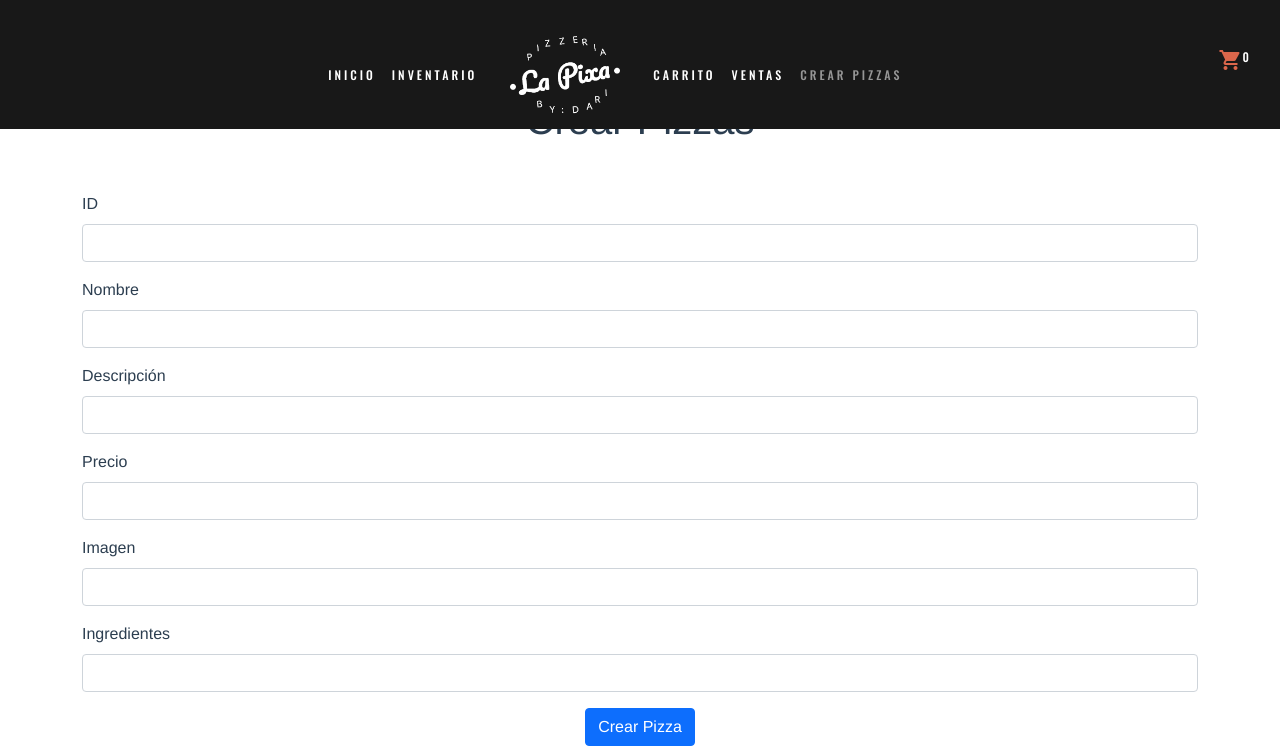
Repository: Darigo30/prueba-vue-dari-pizza
Page: /crearPizzas
These files come from the project's save history. The page is drawn as it stood at one moment and after the next save; the edit follows.
The browser window is 1280 px wide. The pictures show the whole page.
The project was rebuilt for these pictures with package versions that can differ from the ones it lists, and the page was loaded fresh each time. Also part of the build but not shown: src/views/Home.vue.

Above is the page before, as saved 2021-05-23 19:12:10.

### public/index.html
<!DOCTYPE html>
<html lang="">
  <head>
    <meta charset="utf-8">
    <meta http-equiv="X-UA-Compatible" content="IE=edge">
    <meta name="viewport" content="width=device-width,initial-scale=1.0">
    <link rel="icon" href="<%= BASE_URL %>favicon.ico">
    <link href="https://cdn.jsdelivr.net/npm/bootstrap@5.0.0/dist/css/bootstrap.min.css" rel="stylesheet" integrity="sha384-wEmeIV1mKuiNpC+IOBjI7aAzPcEZeedi5yW5f2yOq55WWLwNGmvvx4Um1vskeMj0" crossorigin="anonymous">
    <link href="https://fonts.googleapis.com/icon?family=Material+Icons"
      rel="stylesheet">
      <link rel="preconnect" href="https://fonts.gstatic.com">
      <link href="https://fonts.googleapis.com/css2?family=Oswald:wght@300;500&display=swap" rel="stylesheet">
    <title>Pizzeria La Pixa</title>
  </head>
  <body>
    <noscript>
      <strong>We're sorry but doesn't work properly without JavaScript enabled. Please enable it to continue.</strong>
    </noscript>
    <div id="app"></div>
    <script src="https://cdn.jsdelivr.net/npm/bootstrap@5.0.0/dist/js/bootstrap.bundle.min.js" integrity="sha384-p34f1UUtsS3wqzfto5wAAmdvj+osOnFyQFpp4Ua3gs/ZVWx6oOypYoCJhGGScy+8" crossorigin="anonymous"></script>
    <!-- built files will be auto injected -->
  </body>
</html>

### src/main.js
import Vue from "vue";
import App from "./App.vue";
import router from "./router";
import store from "./store";
import firebase from "firebase";



Vue.config.productionTip = false;


new Vue({
  router,
  store,
  firebase,
  render: (h) => h(App),
}).$mount("#app");

### src/App.vue
<template>
  <div id="app">
    <Nav />
    <router-view />
  </div>
</template>

<script>
import Nav from "@/components/Nav.vue";
import { mapActions } from "vuex";

export default {
  name: "App",
  components: {
    Nav,
  },
  methods: {
    ...mapActions(["getData", "setDataPizzasDb"]),
  },
  created() {
    this.getData();
    this.setDataPizzasDb();
  },
};
</script>

<style lang="scss">
#app {
  font-family: Avenir, Helvetica, Arial, sans-serif;
  -webkit-font-smoothing: antialiased;
  -moz-osx-font-smoothing: grayscale;
  text-align: center;
  color: #2c3e50;
}
</style>

### src/router/index.js
import Vue from "vue";
import VueRouter from "vue-router";
import Home from "../views/Home.vue";

Vue.use(VueRouter);

const routes = [
  {
    path: "/",
    name: "Home",
    component: Home,
  },
  {
    path: "/inventario",
    name: "Inventario",
    component: () =>
      import(/* webpackChunkName: "inventario" */ "../views/Inventario.vue"),
  },
  {
    path: "/ventas",
    name: "Ventas",
    component: () =>
      import(/* webpackChunkName: "ventas" */ "../views/Ventas.vue"),
  },
  {
    path: "/carrito",
    name: "Carrito",
    component: () =>
      import(/* webpackChunkName: "carrito" */ "../views/Carrito.vue"),
  },
  {
    path: "*",
    name: "error404",
    component: () =>
      import(/* webpackChunkName: "error404" */ "../views/error404.vue"),
  },
  {
    path: "/crearPizzas",
    name: "CrearPizzas",
    component: () =>
      import(/* webpackChunkName: "crearPizzas" */ "../views/CrearPizzas.vue"),
  },
  // {
  //   path: "/about",
  //   name: "About",
  // route level code-splitting
  // this generates a separate chunk (about.[hash].js) for this route
  // which is lazy-loaded when the route is visited.
  //   component: () =>
  //     import(/* webpackChunkName: "about" */ "../views/About.vue"),
  // },
];

const router = new VueRouter({
  mode: "history",
  base: process.env.BASE_URL,
  routes,
});

export default router;

### src/store/index.js
import Vue from "vue";
import Vuex from "vuex";
//import axios from "axios";

import { db } from "../../firebase";

Vue.use(Vuex);

export default new Vuex.Store({
  state: {
    productos: [],
    carrito: [],
    ventas: [],
  },
  getters: {
    cantidadCarrito(state) {
      return state.carrito.length;
    },
    productosFiltrados(state) {
      const productos = state.productos.filter((pizza) => pizza.stock > 0);
      return !productos ? [] : productos;
    },
    totalCarrito(state) {
      const carrito = state.carrito;
      if (carrito.length === 0) return 0;
      const suma = carrito.reduce((acc, x) => acc + x.subtotal, 0);
      return suma;
    },
  },
  mutations: {
    cargarData(state, payload) {
      state.productos = payload;
    },
    agregarPizza(state, payload) {
      const agregar = payload.id;
      const cantidad = 1;
      const nombre = payload.nombre;
      const precio = payload.precio;
      const subtotal = precio * cantidad;

      const finder = state.carrito.find((obj) => obj.id === agregar);

      if (!finder) {
        const obj = {
          id: agregar,
          cantidad,
          nombre,
          precio,
          subtotal,
        };
        state.carrito.push(obj);
      } else {
        finder.cantidad = cantidad + finder.cantidad;
        finder.subtotal = finder.cantidad * precio;
      }
    },
    comprar(state) {
      const respuesta = confirm("¿Quieres comprar ahora?");
      if (respuesta) {
        const venta = state.carrito.map((obj) => {
          const obj2 = {
            id: obj.id,
            nombre: obj.nombre,
            precioSubtotal: obj.subtotal,
            cantidadVendida: obj.cantidad,
          };
           return obj2;
        });
        venta.forEach((producto) => {
          const ventarec = producto;
          const finder = state.ventas.find((obj) => obj.id === ventarec.id);

          if (!finder) {
            state.ventas.push(ventarec);
          } else {
            state.ventas = state.ventas.map((vend) => {
              const obj3 = {
                id: vend.id,
                nombre: vend.nombre,
                precioSubtotal: vend.id === ventarec.id ? vend.precioSubtotal + ventarec.precioSubtotal : vend.precioSubtotal,
                cantidadVendida: vend.id === ventarec.id ? vend.cantidadVendida + ventarec.cantidadVendida : vend.cantidadVendida,
              };
               return obj3;
            });
          }

        });
        state.carrito.forEach((el) => {
        state.productos = state.productos.map((resta) => {
            const obj4 = {
              desc: resta.desc,
              id: resta.id,
              img: resta.img,
              ing: resta.ing,
              name: resta.name,
              price: resta.price,
              stock: el.id === resta.id ? resta.stock - el.cantidad : resta.stock ,
            };
            return obj4;
          })
        });
      state.carrito = [];
      }
    },
    //guardar pizzas de API inicial en colleccion de firebase
    guardarPizzasEnDB(state) {
      console.log(state);
      /*setTimeout(() => {
        try {
          const productos = state.productos;
          console.log(productos);
          productos.forEach(async (producto) => {
            await db.collection("pizzas").add(producto);
          });
        } catch (error) {
          console.log(error);
        }
      }, 2000);*/
    },
    agregarNuevaPizza(state, payload) {
      const existe = state.productos.find((pizza) => pizza.id === payload.id);
      // Si no existe ingresar a la base de datos.
      if (!existe) state.productos.push(payload);
    },
  },
  actions: {
    async getData({ commit }) {
      // const url =
      //   "https://us-central1-apis-varias-mias.cloudfunctions.net/pizzeria";
      try {
        // const req = await axios(url);
        // const pizzas = req.data;
        // const pizzasStock = pizzas.map((obj) => {
        //   obj.stock = 10;
        //   return obj;
        // });
        const pizzasStock = [];
        const fire = await db.collection("pizzas");
        fire.get()
        .then((querySnapshot) => {
            querySnapshot.forEach((doc) => {
                // doc.data() is never undefined for query doc snapshots
                pizzasStock.push(doc.data());
                console.log(doc.id, " => ", doc.data());
            });
        })

        commit("cargarData", pizzasStock);
      } catch (error) {
        console.log(error);
      }
    },
    async setDataPizzasDb({ commit }){
      commit("guardarPizzasEnDB");
    },
    async crearNuevaPizza({ commit }, payload) {
      const pizza = payload;
      if (!pizza) return;

      // Actualizar el state
      commit("agregarNuevaPizza", pizza);
      // Actualizar Firebase
      // Preguntar si el ID existe en Firebase: (TAREA)
      // try {
      //   const req = await db.collection("pizza").get();
      //   req.docs.forEach(obj => {
      //     const pizzaFirebase = obj.data();
      //     const idFirebase = pizzaFirebase.id;

      //     // Tiene un problema: ¿Cuál es? (Tarea)
      //     if (idFirebase === pizza.id) return;
      //     await db.collection("pizzas").add(pizza);
      //   })
      // } catch (error) {
      //   console.log(error);
      // }
      await db.collection("pizzas").add(pizza);
    },
    async borrarPizzas({ commit }, payload) {
      commit("");
      console.log(payload);
      // Delete en Firestore

      let collectionRef = db.collection("pizzas");
      collectionRef.where("id", "==", payload)
      .get()
      .then(querySnapshot => {
        querySnapshot.forEach((doc) => {
          doc.ref.delete().then(() => {
            console.log("fue borrado");
          }).catch(function(error) {
            console.error("ha ocurrido un error al borrar: ", error);
          });
        });
      })
      .catch(function(error) {
        console.log("Error getting documents: ", error);
      });
    }
  },
});

### src/components/Nav.vue
<template>
  <nav class="navbar navbar-expand-lg navbar-dark bg-dark">
    <div class="container-fluid">
      <!-- <a class="navbar-brand" href="#">Navbar</a> -->

      <button
        class="navbar-toggler"
        type="button"
        data-bs-toggle="collapse"
        data-bs-target="#navbarNav"
        aria-controls="navbarNav"
        aria-expanded="false"
        aria-label="Toggle navigation"
      >
        <span class="navbar-toggler-icon"></span>
      </button>

      <div class="collapse navbar-collapse" id="navbarNav">
        <ul class="navbar-nav">
          <li class="nav-item">
            <router-link class="nav-link text-white" to="/">Inicio</router-link>
          </li>
          <li class="nav-item">
            <router-link class="nav-link text-white" to="/inventario"
              >Inventario</router-link
            >
          </li>
           <router-link class="navbar-brand" to="/"><img class="logo-lapizza" src="../assets/logo-pizza.png"></router-link>
          <li class="nav-item">
            <router-link class="nav-link text-white" to="/carrito">Carrito</router-link>
          </li>
          <li class="nav-item">
            <router-link class="nav-link text-white" to="/ventas">Ventas</router-link>
          </li>
          <li class="nav-item">
            <router-link class="nav-link" to="/crearPizzas">Crear Pizzas</router-link>
          </li>
        </ul>
      </div>
      <div class="carrito-top">
        <div @click="$router.push('/carrito')" class="carrito-icono"></div>
        <p class="nav-item text-white me-3 num-car">{{ cantidadCarrito }}</p>
      </div>


    </div>
  </nav>
</template>

<script>
import { mapGetters } from "vuex";

export default {
  name: "Nav",
  computed: {
    ...mapGetters(["cantidadCarrito"]),
  },
};
</script>

<style lang="scss" scoped>
.carrito-icono {
  width: 24px;
  height: 24px;
  line-height: 24px;
  cursor: pointer;

  &::before {
    content: "shopping_cart";
    font-family: "Material Icons";
    font-size: 1.5rem;
    color: #db664b;
  }
}
nav {
  position: fixed;
  width: 100%;
  z-index: 2;
}
.logo-lapizza{
  width: 100%;
  max-width: 110px;
}
.navbar-expand-lg .navbar-collapse{
  justify-content: center;
  margin: 20px 0 0;
  padding: 0 15px;
}
.navbar-nav{
      flex-direction: row;
    justify-content: center;
    align-content: center;
    align-items: center;
}
.navbar-brand{
  margin: 0 25px;
}
.bg-dark {
    background-color: #181818 !important;
    }
.navbar-expand-lg .navbar-nav .nav-link, .num-car{
  text-transform: uppercase;
  font-size: 12px;
  letter-spacing: 3px;
  font-family: 'Oswald', sans-serif;
  }
.carrito-top{
  display: flex;
}
</style>

### src/views/CrearPizzas.vue
<template>
  <div class="container pt-5">
    <div class="row pt-5">
      <div class="col-12">
        <h1 class="mb-5">Crear Pizzas</h1>
        <form>
          <div class="mb-3 text-start">
            <label class="form-label">ID</label>
            <input type="text" class="form-control" v-model="pizza.id" />
          </div>
          <div class="mb-3 text-start">
            <label class="form-label">Nombre</label>
            <input type="text" class="form-control" v-model="pizza.name" />
          </div>
          <div class="mb-3 text-start">
            <label class="form-label">Descripción</label>
            <input type="text" class="form-control" v-model="pizza.desc" />
          </div>
          <div class="mb-3 text-start">
            <label class="form-label">Precio</label>
            <input type="text" class="form-control" v-model="pizza.precio" />
          </div>
          <div class="mb-3 text-start">
            <label class="form-label">Imagen</label>
            <input type="text" class="form-control" v-model="pizza.img" />
          </div>
          <div class="mb-3 text-start">
            <label class="form-label">Ingredientes</label>
            <input type="text" class="form-control" />
          </div>
        </form>
        <button @click="crearPizza" class="btn btn-primary">Crear Pizza</button>
      </div>
    </div>
  </div>
</template>

<script>
import { mapActions } from "vuex";
export default {
  name: "Crear",
  data() {
    return {
      pizza: {
        id: "",
        name: "",
        desc: "",
        precio: "",
      },
    };
  },
  methods: {
    ...mapActions(["crearNuevaPizza"]),
    crearPizza() {
      const pizza = this.pizza;
      if (!pizza.id || !pizza.name || !pizza.desc || !pizza.precio) return;
      this.crearNuevaPizza(pizza);
    },
  },
};
</script>

### firebase.js
// For Firebase JS SDK v7.20.0 and later, measurementId is optional
import firebase from "firebase";

const firebaseConfig = {
    apiKey: "AIzaSyDtWD7T_jkypJfm0HzDkZ7YDyLFE20edJ0",
    authDomain: "pizzeria-37b52.firebaseapp.com",
    projectId: "pizzeria-37b52",
    storageBucket: "pizzeria-37b52.appspot.com",
    messagingSenderId: "965355399653",
    appId: "1:965355399653:web:ba0bb2b3e531f99c7ce70c",
    measurementId: "G-8N9HY3NJ7J"
  };
  firebase.initializeApp(firebaseConfig);

  const db = firebase.firestore();

  export { firebaseConfig , db }

After the next save:
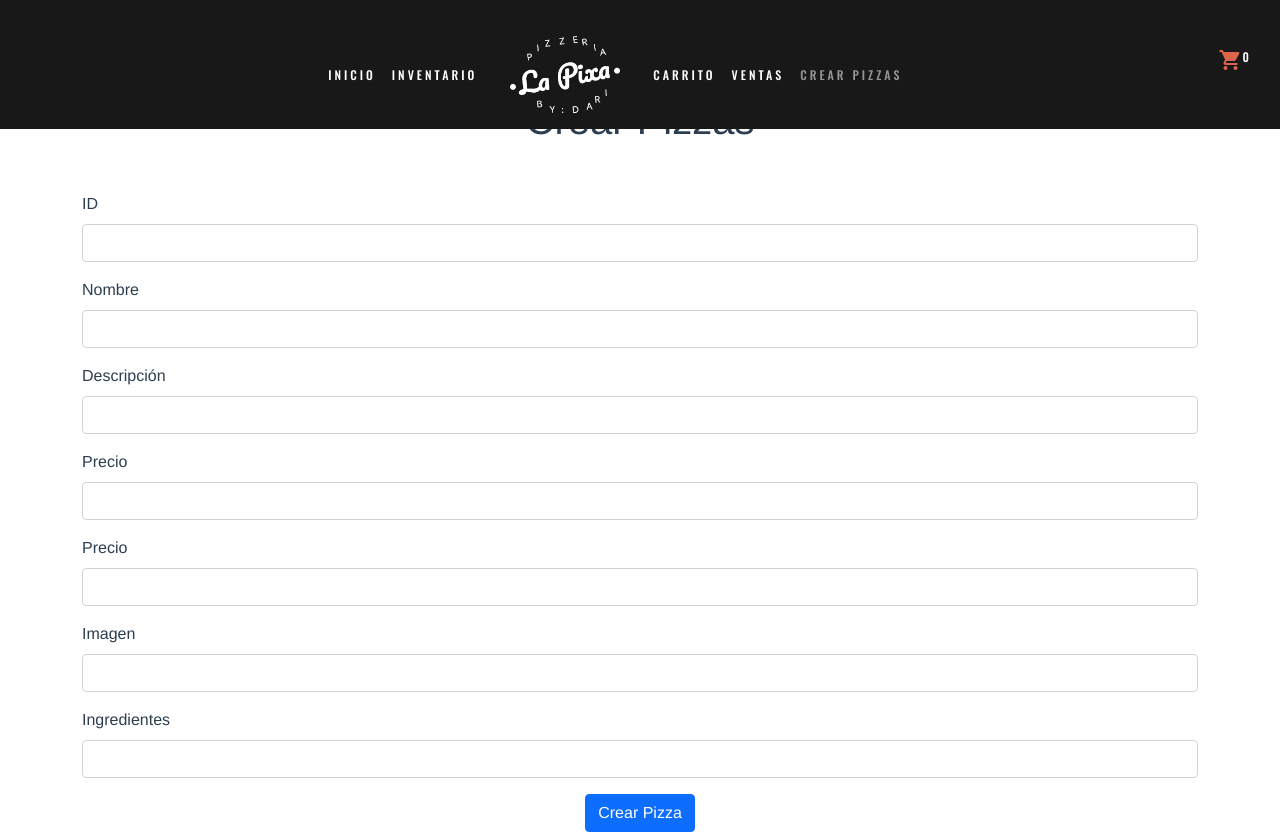
Saved 7 min 38 s later.
--- a/src/views/CrearPizzas.vue
+++ b/src/views/CrearPizzas.vue
@@ -18,7 +18,11 @@
           </div>
           <div class="mb-3 text-start">
             <label class="form-label">Precio</label>
-            <input type="text" class="form-control" v-model="pizza.precio" />
+            <input type="text" class="form-control" v-model="pizza.price" />
+          </div>
+          <div class="mb-3 text-start">
+            <label class="form-label">Precio</label>
+            <input type="text" class="form-control" v-model="pizza.stock" />
           </div>
           <div class="mb-3 text-start">
             <label class="form-label">Imagen</label>
@@ -45,7 +49,10 @@ export default {
         id: "",
         name: "",
         desc: "",
-        precio: "",
+        price: "",
+        stock: "",
+        img: "",
+        ing: [],
       },
     };
   },
@@ -53,7 +60,7 @@ export default {
     ...mapActions(["crearNuevaPizza"]),
     crearPizza() {
       const pizza = this.pizza;
-      if (!pizza.id || !pizza.name || !pizza.desc || !pizza.precio) return;
+      if (!pizza.id || !pizza.name || !pizza.desc || !pizza.price || !pizza.stock || !pizza.img || !pizza.ing) return;
       this.crearNuevaPizza(pizza);
     },
   },
